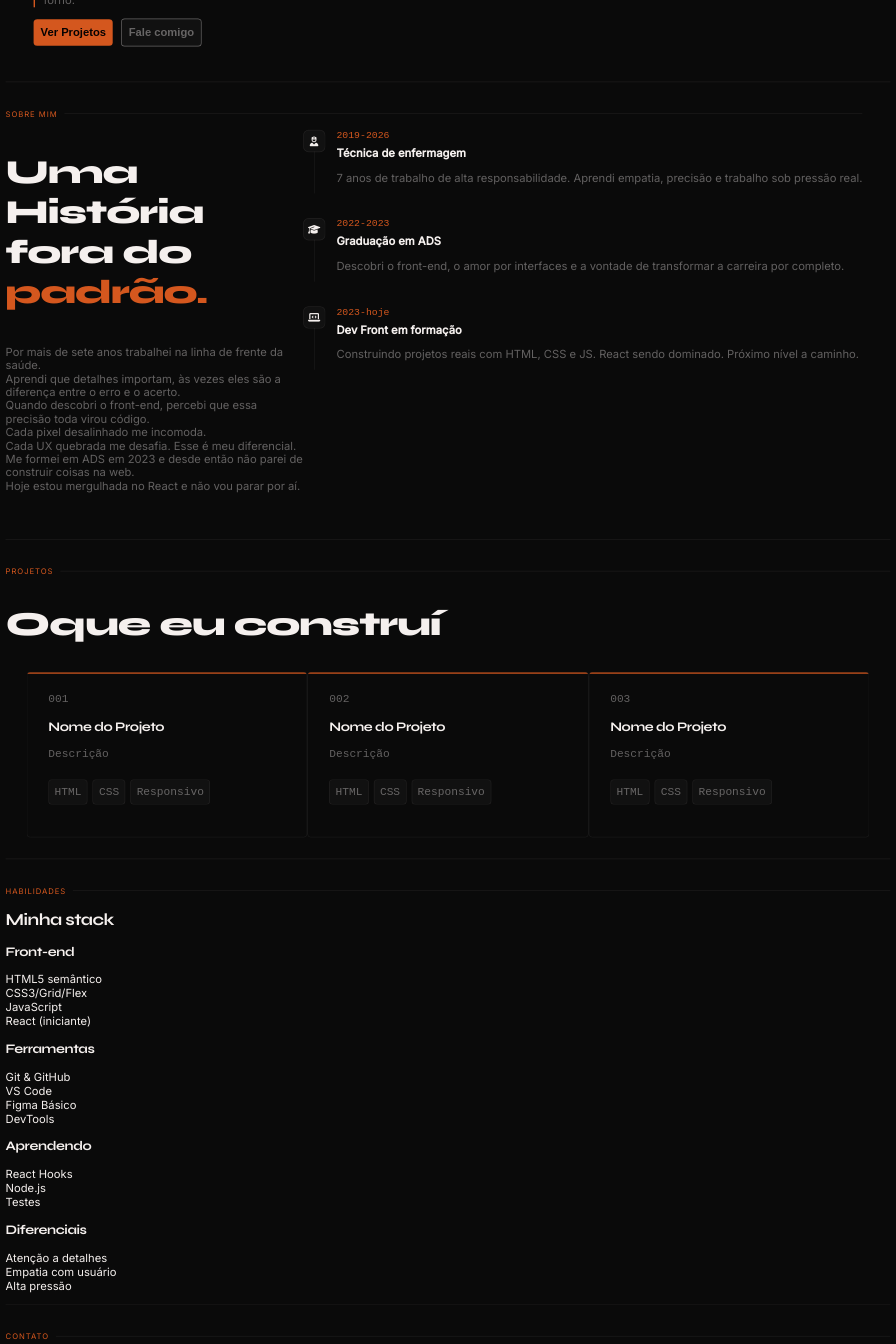
Repository: Bitroia/Portifolio
Page: index.html
The author's editor kept a copy of each file at every save. The page is drawn from the files as they stood at one save, then again after a run of saves.
The browser window is 1280 px wide. The pictures show the part of the page from y = 699 to 2619 px (the page is 2908 px tall), at 70% of full size.
Some web fonts or font styles are not loaded; a fallback is used.

Above is the page before, as saved 2026-04-29 23:26:06.

### index.html
<!doctype html>
<html lang="pt-br">
  <head>
    <meta charset="UTF-8" />
    <meta name="viewport" content="width=device-width, initial-scale=1.0" />
    <link rel="stylesheet" href="styles/style.css" />
    <script src="scripts/script.js" defer></script>
    <link
      href="https://fonts.googleapis.com/css2?family=Syne:wght@400;700;800&family=Inter:wght@300;400;500&display=swap"
      rel="stylesheet"
    />
    <link
      href="https://fonts.googleapis.com/css2?family=Syne:wght@400;700;800&family=Syne+Mono&family=Inter:wght@300;400;500&display=swap"
      rel="stylesheet"
    />
    <link
      rel="stylesheet"
      href="https://cdnjs.cloudflare.com/ajax/libs/font-awesome/6.5.0/css/all.min.css"
    />
    <title>Meu portifólio</title>
  </head>
  <body>
    <header>
      <nav id="nav-container">
        <h2>vitoria.cardozo</h2>
        <ul id="ul-container">
          <li><a href="#">SOBRE</a></li>
          <li><a href="#">PROJETOS</a></li>
          <li><a href="#">SKILLS</a></li>
          <li><a href="#">CONTATO</a></li>
        </ul>
      </nav>
    </header>
    <main>
      <section id="hero-section">
        <section id="sections-container">
          <section id="introduction-section">
            <div id="available-container">
              <span class="dot-2"></span>
              <p class="available-p">Disponível para oportunidades</p>
            </div>
            <span class="line-1">Front-end</span>
            <span class="line-2">que veio da</span>
            <span class="accent">linha de frente</span>
            <p class="p-introduction">
              Da enfermagem para o código. Construo interfaces <br />
              com a mesma precisão que aprendi cuidando de <br />
              pessoas. ADS 2023. HTML, CSS, JS. React no forno.
            </p>
            <button id="projects-btn">Ver Projetos</button>
            <button id="talk-to-me-btn">Fale comigo</button>
          </section>
          <section id="secondary-section">
            <div id="info-container">
              <div class="terminal-bar">
                <span class="dot red"></span>
                <span class="dot yellow"></span>
                <span class="dot green"></span>
                <span class="terminal-title">perfil.json</span>
              </div>
              <div id="code-info-container">
                <pre><code><span class="t-comment">// desenvolvendo front-end</span>
          {
        <span class="t-key">"nome"</span>: <span class="t-str">"Vitoria Cardozo"</span>,
        <span class="t-key">"stack"</span>: [<span class="t-str">"HTML"</span>, <span class="t-str">"CSS"</span>, <span class="t-str">"JS"</span>, <span class="t-str">"React"</span>],
        <span class="t-key">"formação"</span>: <span class="t-str">"ADS 2023"</span>,
        <span class="t-key">"background"</span>: <span class="t-str">"Enfermagem"</span>,
        <span class="t-key">"status"</span>: <span class="t-const">open_to_work</span>
         }
                </code></pre>
              </div>
            </div>
            <ul class="mini-cards-container">
              <li class="mini-card">
                <span class="num">5+</span>
                <span class="label">Anos desenvolvendo atenção a detalhes</span>
              </li>
              <li class="mini-card">
                <span class="num">ADS</span>
                <span class="label"
                  >Graduação em Análise e desenvolvimento de Sistemas</span
                >
              </li>
              <li class="mini-card">
                <span class="num">3+</span>
                <span class="label">Projetos front-end no portfólio</span>
              </li>
              <li class="mini-card">
                <span class="num">&#8734;</span>
                <span class="label">Vontade de aprender e crescer</span>
              </li>
            </ul>
          </section>
        </section>
      </section>
      <section id="about-me-section">
        <span class="title">Sobre mim</span>
        <section id="history-section">
          <h1 class="font-history">
            <span class="font-history-1">Uma História</span><br />fora do
            <span class="font-history-2">padrão.</span>
          </h1>
          <p>
            Por mais de sete anos trabalhei na linha de frente da saúde. <br />
            Aprendi que detalhes importam, às vezes eles são a diferença entre o
            erro e o acerto. <br />
            Quando descobri o front-end, percebi que essa precisão toda virou
            código. <br />
            Cada pixel desalinhado me incomoda. <br />
            Cada UX quebrada me desafia. Esse é meu diferencial. <br />
            Me formei em ADS em 2023 e desde então não parei de construir coisas
            na web. <br />
            Hoje estou mergulhada no React e não vou parar por aí.
          </p>
        </section>
        <section id="experiences-section">
          <dl class="experiences-list">
            <div class="exp-row">
              <div class="exp-item">
                <div class="box-icon">
                  <i class="fa-solid fa-user-nurse icon"></i>
                </div>
              </div>
              <div class="exp-content">
                <dt class="date-exp">2019-2026</dt>
                <dd class="desc-exp">
                  <strong>Técnica de enfermagem</strong>
                  <p>
                    7 anos de trabalho de alta responsabilidade. Aprendi
                    empatia, precisão e trabalho sob pressão real.
                  </p>
                </dd>
              </div>
            </div>
            <div class="exp-row">
              <div class="exp-item">
                <div class="box-icon">
                  <i class="fa-solid fa-graduation-cap icon"></i>
                </div>
              </div>
              <div class="exp-content">
                <dt class="date-exp">2022-2023</dt>
                <dd class="desc-exp">
                  <strong>Graduação em ADS</strong>
                  <p>
                    Descobri o front-end, o amor por interfaces e a vontade de
                    transformar a carreira por completo.
                  </p>
                </dd>
              </div>
            </div>
            <div class="exp-row">
              <div class="exp-item">
                <div class="box-icon">
                  <i class="fa-solid fa-laptop-code icon"></i>
                </div>
              </div>
              <div class="exp-content">
                <dt class="date-exp">2023-hoje</dt>
                <dd class="desc-exp">
                  <strong>Dev Front em formação</strong>
                  <p>
                    Construindo projetos reais com HTML, CSS e JS. React sendo
                    dominado. Próximo nível a caminho.
                  </p>
                </dd>
              </div>
            </div>
          </dl>
        </section>
      </section>
      <section id="projects-section">
        <span class="title">Projetos</span>
        <h2 class="font-build">Oque eu construí</h2>
        <div id="article-container">
          <article class="project-card">
            <a href="#" class="link-overlay" target="_blank"></a>
            <span class="num-article">001</span>
            <h3>Nome do Projeto</h3>
            <p>Descrição</p>
            <ul class="tech-tags">
              <li>HTML</li>
              <li>CSS</li>
              <li>Responsivo</li>
            </ul>
          </article>
          <article class="project-card">
            <a href="#" class="link-overlay" target="_blank"></a>
            <span class="num-article">002</span>
            <h3>Nome do Projeto</h3>
            <p>Descrição</p>
            <ul class="tech-tags">
              <li>HTML</li>
              <li>CSS</li>
              <li>Responsivo</li>
            </ul>
          </article>
          <article class="project-card">
            <a href="#" class="link-overlay" target="_blank"></a>
            <span class="num-article">003</span>
            <h3>Nome do Projeto</h3>
            <p>Descrição</p>

            <ul class="tech-tags">
              <li>HTML</li>
              <li>CSS</li>
              <li>Responsivo</li>
            </ul>
          </article>
        </div>
      </section>
      <section id="skills-section">
        <span class="title">Habilidades</span>
        <h1>Minha stack</h1>
        <article class="stack-card">
          <h3>Front-end</h3>
          <ul class="stack-ul">
            <li>HTML5 semântico</li>
            <li>CSS3/Grid/Flex</li>
            <li>JavaScript</li>
            <li>React (iniciante)</li>
          </ul>
        </article>
        <article class="stack-card">
          <h3>Ferramentas</h3>
          <ul class="stack-ul">
            <li>Git & GitHub</li>
            <li>VS Code</li>
            <li>Figma Básico</li>
            <li>DevTools</li>
          </ul>
        </article>
        <article class="stack-card">
          <h3>Aprendendo</h3>
          <ul class="stack-ul">
            <li>React Hooks</li>
            <li>Node.js</li>
            <li>Testes</li>
          </ul>
        </article>
        <article class="stack-card">
          <h3>Diferenciais</h3>
          <ul class="stack-ul">
            <li>Atenção a detalhes</li>
            <li>Empatia com usuário</li>
            <li>Alta pressão</li>
          </ul>
        </article>
      </section>
      <section id="go-to-work-section">
        <span class="title">Contato</span>
        <h1>
          Vamos trabalhar
          <span class="accent">juntos?</span>
        </h1>
        <p>
          Aberta a oportunidades, freelas e parcerias. Manda uma mensagem,
          responderei rápido.
        </p>
        <a href="#" class="contact-link">meuemail@email.com</a>
        <a href="#" class="contact-link">in/ LinkedIn</a>
        <a href="#" class="contact-link">gh/ GitHub</a>
      </section>
    </main>
    <footer>
      <p>Data, meu nome</p>
      <p>built with HTML, CSS & determinação</p>
    </footer>
  </body>
</html>

### styles/style.css
:root {
  --fundo-geral: #0a0a0a;
  --fundo-cards: #111111;
  --hovers: #d8b5b5;
  --text: #f5f0ee;
  --second-text: #f5f0ee61;
  --dark-text: #050202;
  --accent: #d4571e;
  --accent-hover: #ff6a2a;
  --border: #f5f0ee12;
  --t-str: #7dd3fc;
  --t-comment: #5a6a1f;
  --font-title: "Syne", sans-serif;
  --font-body: "Inter", sans-serif;
  --font-mono: 'Syne Mono', monospace;
}
@keyframes pulse {
  0%,
  100% {
    opacity: 1;
    transform: scale(1);
  }
  50% {
    opacity: 0.4;
    transform: scale(1.5);
  }
}
* {
  padding: 0;
}

h1,
h2,
h3 {
  font-weight: 600;
  letter-spacing: -0.03em;
  color: var(--text);
  font-family: var(--font-title);
}

.line-1,
.accent {
  font-family: var(--font-title);
  font-weight: 800;
}

.font-history {
  font-size: 3rem;
  font-weight: 800;
}

.font-history-2 {
  color: var(--accent);
}

p {
  color: var(--second-text);
  line-height: 1.2;
}

.title {
  display: flex;
  align-items: center;
  gap: 10px;
  width: 100%;
}
.title::after {
  content: "";
  flex: 1;
  height: 1px;
  background-color: var(--border);
}

body {
  background-color: var(--fundo-geral);
  color: var(--text);
  font-family: var(--font-body);
  font-weight: 400;
}

/* Header */

header {
  border-bottom: 1px solid var(--border);
}

#nav-container {
  display: flex;
  justify-content: space-between;
  padding: 0.5px;
}

#ul-container {
  display: flex;
  list-style: none;
  gap: 1rem;
}

#ul-container a {
  text-decoration: none;
  color: var(--second-text);
  font-size: 13px;
  transition: 0.5s;
}

#ul-container a:hover {
  color: var(--hovers);
}

/* Apresentação */

#available-container {
  display: flex;
  flex-direction: row;
  align-items: center;
  gap: 8px;
}

.line-1 {
  color: var(--text);
  display: block;
  font-size: 5rem;
  width: 100%;
  line-height: 1;
}

.line-2 {
  color: var(--second-text);
  display: block;
  font-size: 4rem;
  width: 100%;
  display: inline-block;
  line-height: 1;
}

.accent {
  color: var(--accent);
  font-size: 5rem;
  display: block;
  line-height: 1;
}

.available-p {
  color: var(--accent);
}

/* Cards */

#info-container {
  display: flex;
  flex-direction: column;
  width: 700px;
  border-radius: 5px;
}

.terminal-bar {
  display: flex;
  gap: 8px;
  align-items: center;
  padding: 10px 14px;
  background-color: #181818;
  border-bottom: 2px solid var(--fundo-cards);
  border-radius: 5px;
  margin-bottom: 0;
}
.dot-2 {
  background-color: #ccff00;
  animation: pulse 2s ease-in-out infinite;
  width: 5px;
  height: 5px;
  border-radius: 50%;
  display: inline-block;
}

.dot {
  width: 8px;
  height: 8px;
  border-radius: 50%;
  display: inline-block;
}

.dot.red {
  background-color: #ff5f57;
}
.dot.yellow {
  background: #ffbd2e;
}
.dot.green {
  background: #28c840;
}

.terminal-title {
  font-family: var(--font-mono);
  font-size: 11px;
  color: var(--second-text);
  margin: 0 auto;
}

#code-info-container {
  color: var(--second-text);
  background-color: var(--fundo-cards);
  border-radius: 3px;
  font-size: 12px;
  line-height: 2;
  height: 210px;
}

#code-info-container pre {
  margin: 0;
  padding: 1rem;
  white-space: pre; /* mantém a formatação do código */
  max-width: 100%; /* não vaza do pai */
}

.t-comment {
  color: var(--t-comment);
}

.t-key {
  color: var(--accent);
}

.t-str {
  color: var(--t-str);
}
/* Sessões */

#hero-section {
  padding: 0 40px 50px 0;
  margin-top: 3%;
  border-bottom: 1px solid var(--border);
}

#introduction-section {
  flex: 1;
}

#introduction-section .p-introduction {
  border-left: var(--accent) 2px solid;
  padding-left: 12px;
}

#secondary-section {
  width: 700px;
  height: 550px;
}

.mini-cards-container {
  display: grid;
  grid-template-columns: repeat(2, 1fr);
  gap: 16px;
  width: 700px;
}

.mini-card {
  display: flex;
  border: 1px solid var(--border);
  padding: 30px;
  list-style: none;
  text-align: center;
  flex-direction: column;
  border-radius: 5px;
  flex: 0 0 calc(50% - 8px);
  background-color: var(--fundo-cards);
}

.num {
  color: var(--accent);
  font-family: var(--font-title);
  font-size: 23px;
  font-weight: 800;
  letter-spacing: -0.03em;
  margin-bottom: 6px;
  text-align: left;
}

.mini-card .label {
  color: var(--second-text);
  text-align: left;
  margin-top: 5px;
  font-size: 16px;
  font-family: var(--font-mono);
}

#sections-container {
  display: flex;
  gap: 40px;
  margin-top: 3%;
  padding: 0 40px;
}

#introduction-section p {
  justify-self: left;
  display: block;
}

#about-me-section {
  padding: 0 40px 50px 0;
  margin-top: 3%;
  border-bottom: 1px solid var(--border);
  display: flex;
  flex-wrap: wrap;
}

.title,
.available-p {
  font-family: var(--mono);
  font-size: 11px;
  letter-spacing: 0.12em;
  text-transform: uppercase;
  color: var(--accent);
  display: flex;
  align-items: center;
  gap: 10px;
}

#history-section {
  flex: 1;
}

.date-exp {
  color: var(--accent);
  font-family: var(--font-mono);
  font-size: 14px;
  margin-bottom: 3px;
}

.experiences-list {
  display: flex;
  flex-direction: column;
  gap: 32px; /* espaço entre cada experiência */
}

.exp-item {
  position: relative;
}

.exp-content {
  display: flex;
  flex-direction: column;
}

.desc-exp {
  margin: 4px 0 0 0;
}

.box-icon {
  position: relative;
  flex-shrink: 0; /* impede o ícone de encolher */
  display: flex;
  align-items: center;
  border: 1px solid var(--border);
  justify-content: center;
  width: 30px;
  height: 30px;
  border-radius: 8px;
  background-color: var(--fundo-cards);
}

.icon {
  font-size: 14px;
}

.exp-item:not(:last-child) .box-icon::after {
  content: "";
  position: absolute;
  top: 100%;
  left: 50%;
  transform: translateX(-50%);
  width: 1px;
  height: 60px;
  background-color: var(--border);
}

/* Linha do tempo */

.exp-row {
  display: flex;
  gap: 16px;
  align-items: flex-start;
}

#projects-section {
  margin-top: 3%;
  border-bottom: 1px solid var(--border);
}

.font-build{
  font-size: 3rem;
  font-weight: 800;
}

#article-container{
  display: flex;
  margin: 30px;
  font-family: var(--font-mono);
}

.project-card{
  border: 1px solid var(--border);
  padding: 30px;
  width: 90%;
  text-align: left;
  border-radius: 5px;
  cursor: pointer;
  position: relative;
  overflow: hidden;
}

.project-card::before{
  content: '';
  position: absolute;
  top: 0;
  left: 0;
  right: 0;
  height: 2px;
  background: var(--accent);
}

.project-card:hover{
  background-color: var(--border);
}

.link-overlay{
  position: absolute;
  inset: 0;
}

.num-article{
  color: var(--second-text);
  font-family: var(--font-mono);
}

.tech-tags{
  list-style: none;
  display: flex;
  gap: 7px;
}

.tech-tags li{
  border: 1px solid var(--border);
  text-align: center;
  background-color: var(--fundo-cards);
  border-radius: 5px;
  padding: 8px;
  color: var(--second-text);
  margin-top: 10px;
}

#skills-section {
  margin-top: 3%;
  border-bottom: 1px solid var(--border);
}

#go-to-work-section {
  margin-top: 3%;
  border-bottom: 1px solid var(--border);
}
/* Botões */

#projects-btn {
  background-color: var(--accent);
  padding: 10px;
  border-radius: 5px;
  border: none;
  color: var(--dark-text);
  font-size: 1rem;
  font-weight: 600;
  text-align: center;
  transition: transform 0.2s ease;
}

#talk-to-me-btn {
  background-color: var(--fundo-cards);
  padding: 10px;
  border-radius: 5px;
  border: 1px solid var(--second-text);
  color: var(--second-text);
  margin-left: 7px;
  font-weight: 600;
  text-align: center;
  font-size: 1rem;
  transition: transform 0.2s ease;
}

#projects-btn:hover {
  background-color: var(--accent-hover);
  box-shadow:
    0 0 10px rgba(212, 87, 30, 0.6),
    0 0 20px rgba(212, 87, 30, 0.4);
  transform: translateY(-2px);
}

#talk-to-me-btn:hover {
  background-color: var(--fundo-geral);
  color: var(--accent);
  border: 1px solid var(--accent);
  transform: translateY(-3px);
}

Loaded but not shown: scripts/script.js (no stored copy; drawn as an empty file)

After the next 4 saves:
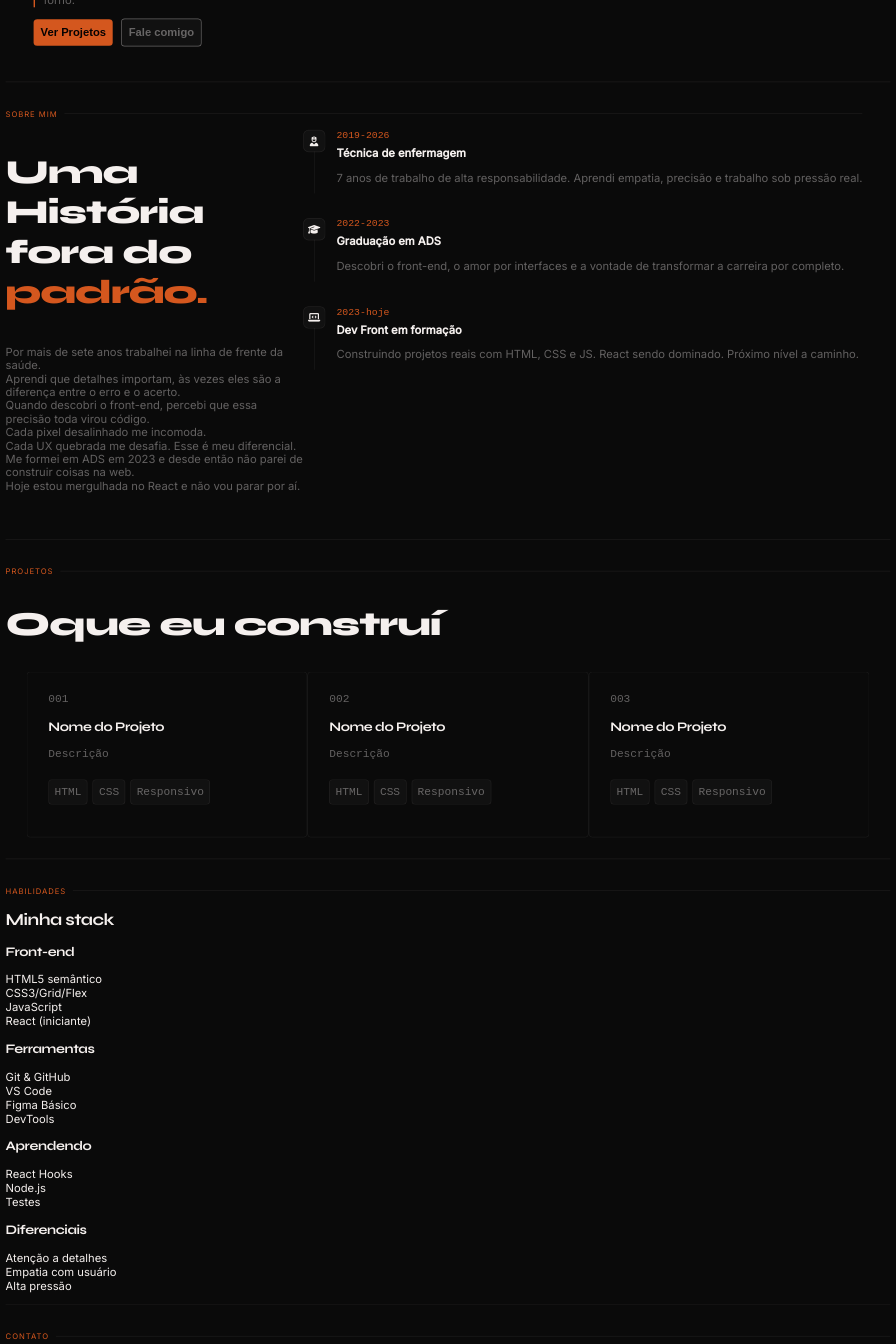
The 4 saves are shown as one change because they came seconds apart.
The last was saved 12 s later.
--- a/styles/style.css
+++ b/styles/style.css
@@ -415,6 +415,7 @@ header {
   right: 0;
   height: 2px;
   background: var(--accent);
+  transform: scaleX(0);
 }
 
 .project-card:hover{
